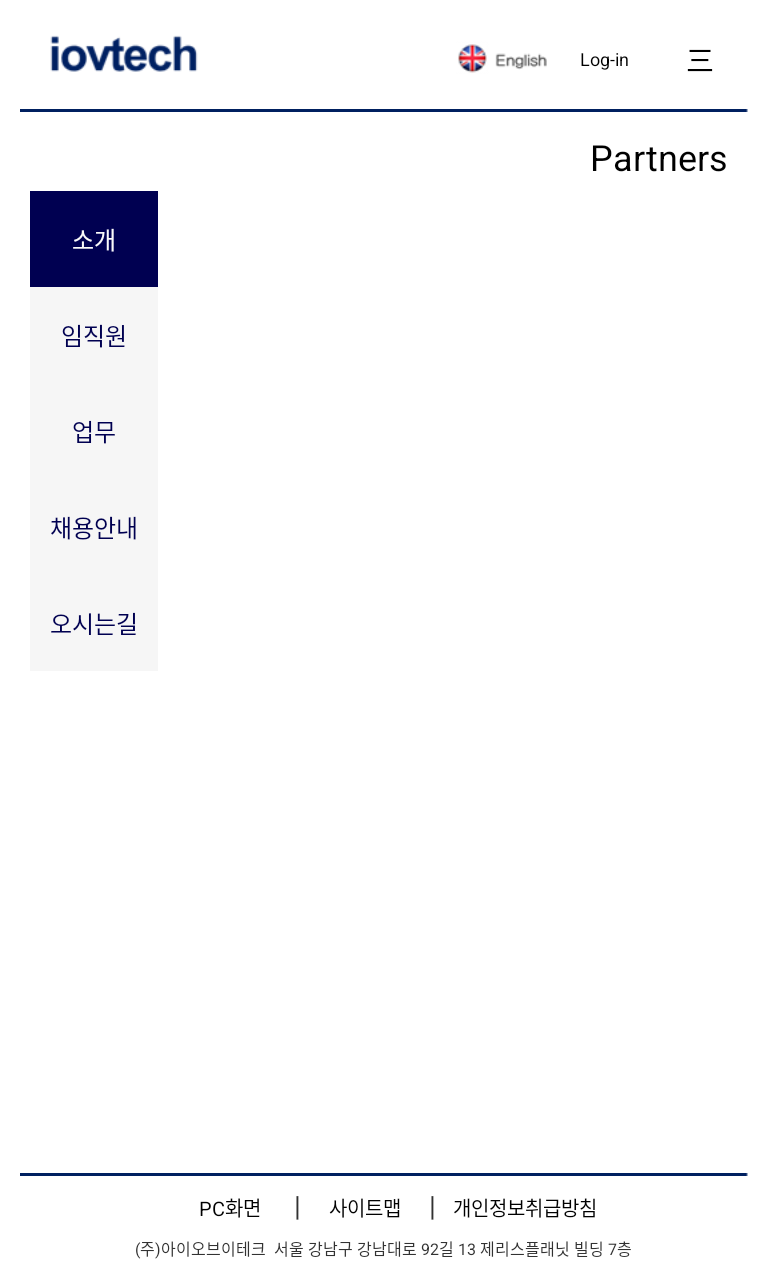
Repository: hyekkyung/CDH_Tutorials
Layout: Mobile_IOV/res/layout/m_partners.xml
An editor plug-in stored every save of this project. The layout is shown before and after the next save, followed by the edit.
It is drawn on a 768 x 1280 px phone screen (xhdpi) without system bars, with theme AppTheme; the app's code is not run.

Above is the layout before, as saved 2015-02-02 08:11:01.

After the next save:
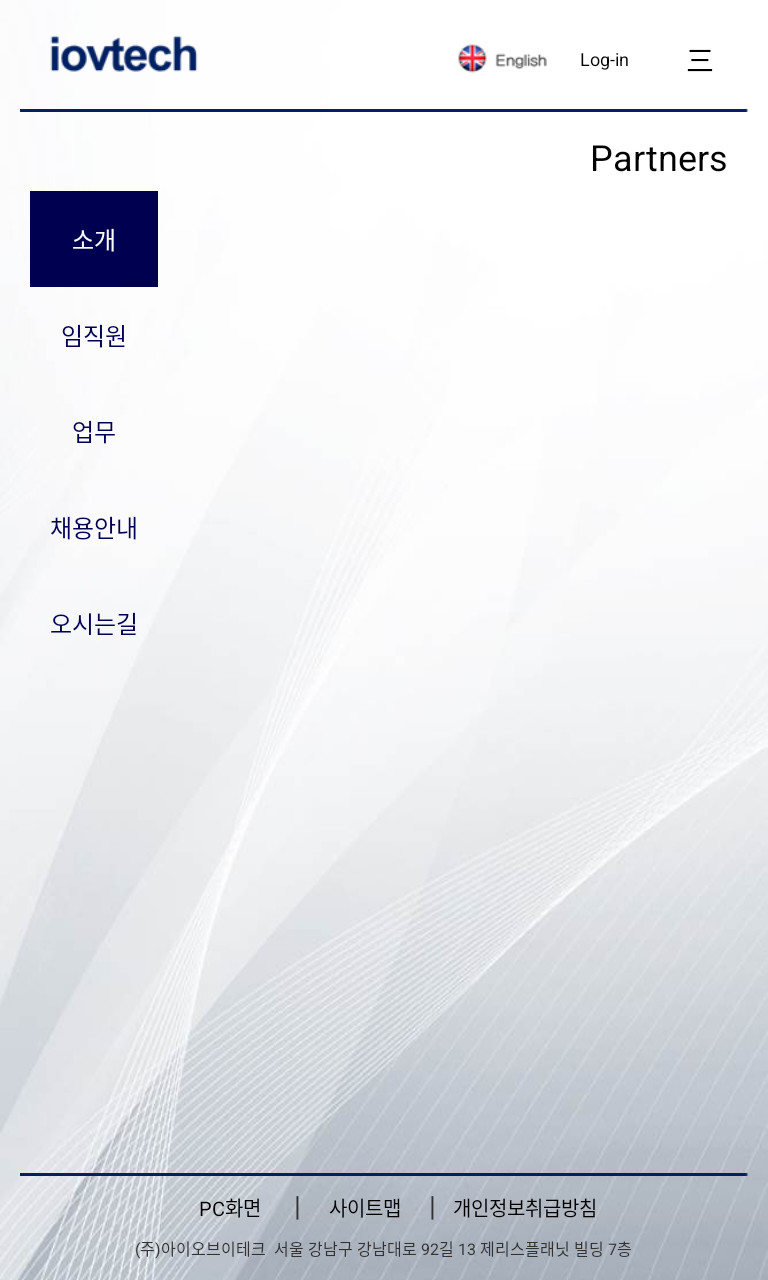
Saved 90 s later.
--- a/Mobile_IOV/res/layout/m_partners.xml
+++ b/Mobile_IOV/res/layout/m_partners.xml
@@ -2,9 +2,10 @@
 <RelativeLayout xmlns:android="http://schemas.android.com/apk/res/android"
     android:layout_width="match_parent"
     android:layout_height="match_parent"
+    android:background="@drawable/bg_main"
+    android:paddingBottom="10sp"
     android:paddingLeft="10sp"
     android:paddingRight="10sp"
-    android:paddingBottom="10sp"
     android:paddingTop="5sp" >
 
     <LinearLayout
@@ -20,7 +21,7 @@
             style="?android:attr/buttonStyleSmall"
             android:layout_width="wrap_content"
             android:layout_height="wrap_content"
-            android:background="#FFFFFF"
+            android:background="#0000000"
             android:src="@drawable/logo_03" />
 
         <ImageButton
@@ -28,7 +29,7 @@
             style="?android:attr/buttonStyleSmall"
             android:layout_width="wrap_content"
             android:layout_height="wrap_content"
-            android:background="#FFFFFF"
+            android:background="#0000000"
             android:layout_weight="0.5"
             android:layout_marginLeft="25sp"
             android:onClick="mOnclick" />
@@ -47,7 +48,7 @@
             style="?android:attr/buttonStyleSmall"
             android:layout_width="wrap_content"
             android:layout_height="wrap_content"
-            android:background="#FFFFFF"
+            android:background="#0000000"
             android:text="Log-in"
             android:textSize="9sp"
             android:layout_gravity="center" />
@@ -57,7 +58,7 @@
             style="?android:attr/buttonStyleSmall"
             android:layout_width="wrap_content"
             android:layout_height="wrap_content"
-            android:background="#FFFFFF"
+            android:background="#0000000"
             android:text="三"
             android:layout_gravity="center" />
 
@@ -92,7 +93,7 @@
             android:id="@+id/pc_btn"
             android:layout_width="wrap_content"
             android:layout_height="20sp"
-            android:background="#FFFFFF"
+            android:background="#0000000"
             android:text=" PC화면 "
             android:textSize="10sp" />
 
@@ -106,7 +107,7 @@
             android:id="@+id/sitemap_btn"
             android:layout_width="wrap_content"
             android:layout_height="20sp"
-            android:background="#FFFFFF"
+            android:background="#0000000"
             android:text=" 사이트맵 "
             android:textSize="10sp" />
 
@@ -120,7 +121,7 @@
             android:id="@+id/personal_btn"
             android:layout_width="wrap_content"
             android:layout_height="20sp"
-            android:background="#FFFFFF"
+            android:background="#0000000"
             android:text="  개인정보취급방침 "
             android:textSize="10sp" />
     </LinearLayout>
@@ -179,7 +180,7 @@
                     android:id="@+id/p_2"
                     android:layout_width="wrap_content"
                     android:layout_height="wrap_content"
-                    android:background="#F6F6F6"
+                    android:background="#0000000"
                     android:text="임직원"
                     android:textColor="#000051"
                     android:textSize="12sp" />
@@ -188,7 +189,7 @@
                     android:id="@+id/p_3"
                     android:layout_width="wrap_content"
                     android:layout_height="wrap_content"
-                    android:background="#F6F6F6"
+                    android:background="#0000000"
                     android:text="업무"
                     android:textColor="#000051"
                     android:textSize="12sp" />
@@ -197,7 +198,7 @@
                     android:id="@+id/p_4"
                     android:layout_width="wrap_content"
                     android:layout_height="wrap_content"
-                    android:background="#F6F6F6"
+                    android:background="#0000000"
                     android:text="채용안내"
                     android:textColor="#000051"
                     android:textSize="12sp" />
@@ -206,7 +207,7 @@
                     android:id="@+id/p_5"
                     android:layout_width="wrap_content"
                     android:layout_height="wrap_content"
-                    android:background="#F6F6F6"
+                    android:background="#0000000"
                     android:text="오시는길"
                     android:textColor="#000051"
                     android:textSize="12sp" />
